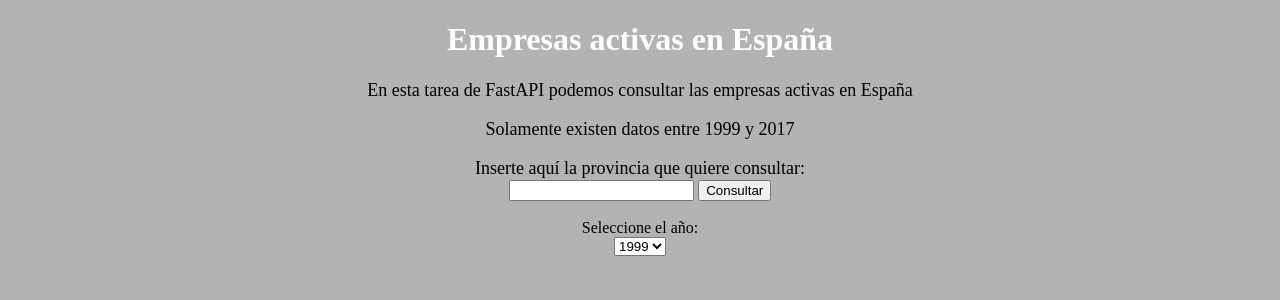
Repository: juanfrancisco164/fastAPI_1
Page: empresasActivas.html
These files come from the project's save history. The page is drawn as it stood at one moment and after the next save; the edit follows.
The browser window is 1280 px wide. The pictures show the whole page.

Above is the page before, as saved 2023-11-10 16:41:45.

### empresasActivas.html
<!DOCTYPE html>
<html lang="en">
<head>
    <meta charset="UTF-8">
    <meta name="viewport" content="width=device-width, initial-scale=1.0">
    <title>Empresas activas en España</title>
    <style>
        body {
            background-color: rgb(179, 179, 179);
            text-align: center;
            color: rgb(0, 0, 0);
        }

        h1 {
            color: rgb(255, 255, 255);
        }

        p {
            font-size: 18px;
        }
    </style>
</head>
<body>
    <h1>Empresas activas en España</h1>
    <p>En esta tarea de FastAPI podemos consultar las empresas activas en España</p>
    <p>Solamente existen datos entre 1999 y 2017</p>

    <p>
        Inserte aquí la provincia que quiere consultar:
        <br>
        <input name="Provincia" id="input_prov">
        <button name="buttonProv" onclick="sendProv()">Consultar</button>
    </p>
        Seleccione el año:
        <br>
        <select id="selectAño">
            <option value="1999">1999</option>
            <option value="2000">2000</option>
            <option value="2001">2001</option>
            <option value="2002">2002</option>
            <option value="2003">2003</option>
            <option value="2004">2004</option>
            <option value="2005">2005</option>
            <option value="2006">2006</option>
            <option value="2007">2007</option>
            <option value="2008">2008</option>
            <option value="2009">2009</option>
            <option value="2010">2010</option>
            <option value="2011">2011</option>
            <option value="2012">2012</option>
            <option value="2013">2013</option>
            <option value="2014">2014</option>
            <option value="2015">2015</option>
            <option value="2016">2016</option>
            <option value="2017">2017</option>
        </select>

    <div id="consulta"></div>

</body>

<script>
    const API_host = "http://127.0.0.1:8000/provincias"

    async function sendProv () {
        const provinciaInput = document.getElementById("input_prov").value;
        const añoSeleccionado = document.getElementById("selectAño").value;

        const json = {
            provincia: provinciaInput
        };

        const response = await fetch(API_host, {
            method: "POST",
            headers: {
                "Content-Type": "application/json",
            },
            body: JSON.stringify(json)
        })

        const data = await response.json()
        console.log(data)

        const filteredData = {
            Texto: data[0].attributes.Texto,
            [`Total_${añoSeleccionado}`]: data[0].attributes[`Total_${añoSeleccionado}`]
        };

        const consultaDiv = document.getElementById("consulta");
        consultaDiv.innerHTML = "";

        for (const key in filteredData) {
            const paragraph = document.createElement("p");
            paragraph.textContent = `${key}: ${filteredData[key]}`;
            consultaDiv.appendChild(paragraph);
        }
    }
</script>
</html>

After the next save:
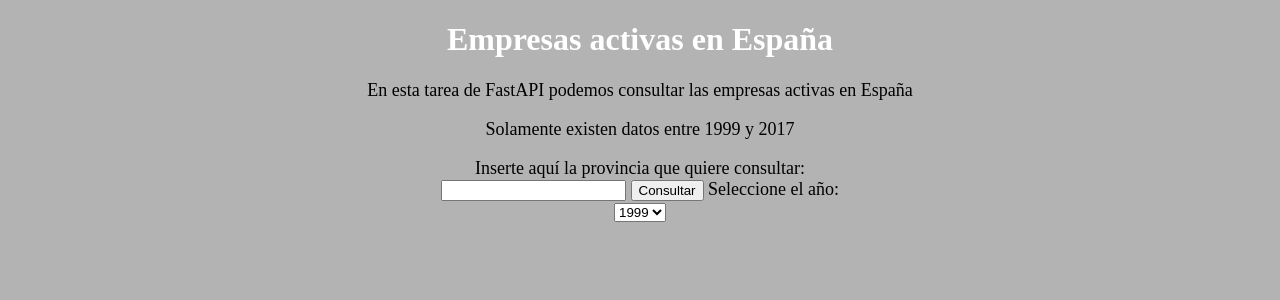
Saved 21 s later.
--- a/empresasActivas.html
+++ b/empresasActivas.html
@@ -30,7 +30,6 @@
         <br>
         <input name="Provincia" id="input_prov">
         <button name="buttonProv" onclick="sendProv()">Consultar</button>
-    </p>
         Seleccione el año:
         <br>
         <select id="selectAño">
@@ -54,6 +53,7 @@
             <option value="2016">2016</option>
             <option value="2017">2017</option>
         </select>
+    </p>
 
     <div id="consulta"></div>
 
